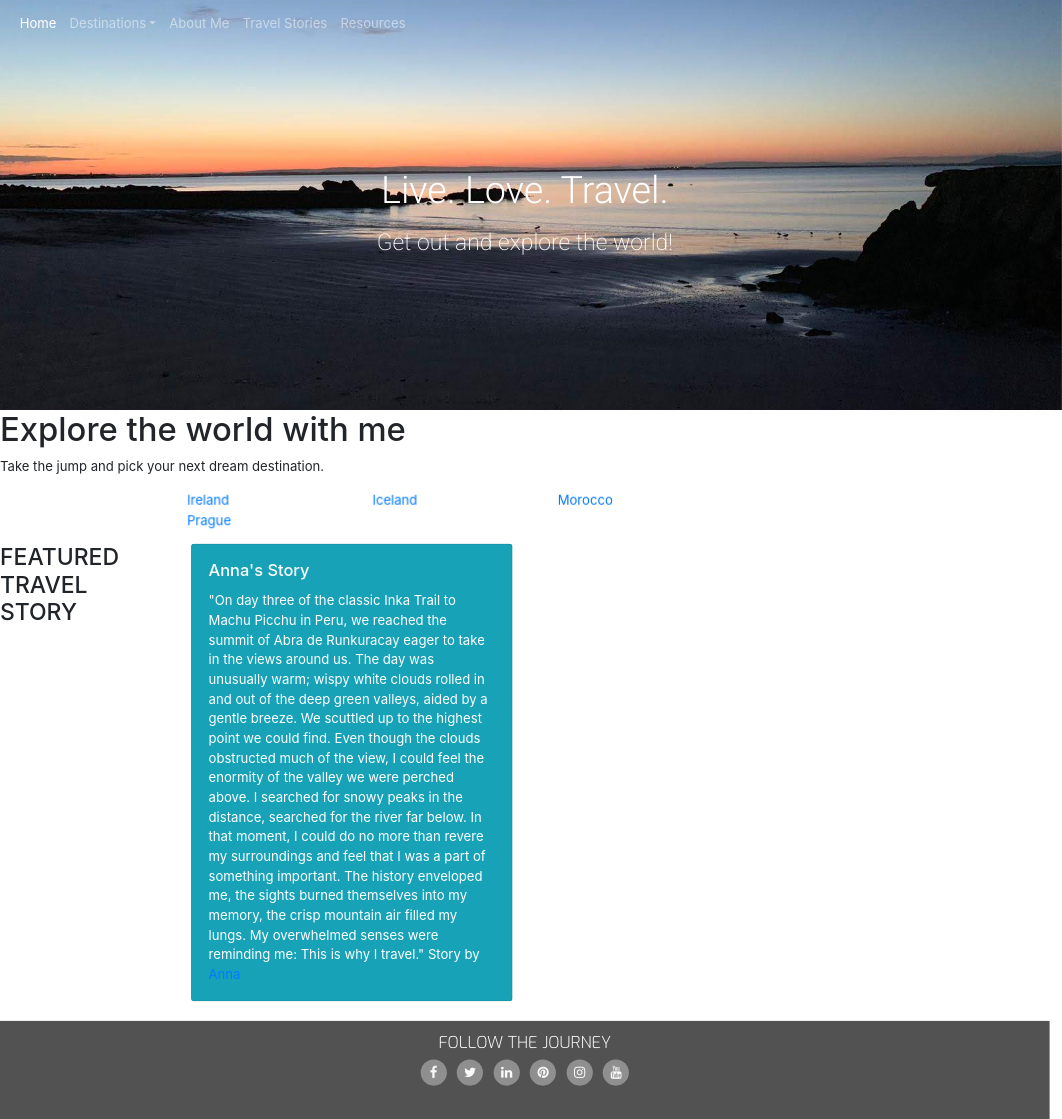
Repository: lhynes/User-Centric-Frontend-Development-Milestone-Project
Page: index.html
The author's editor kept a record of every edit. The page is drawn from the files as they stood at one moment, then again after the next edit.
The browser window is 1280 px wide. The page is 1295 px wide, so the pictures cover 1295 px, including what lies to the right of the window. The pictures show the whole page, at 82% of full size.
Some web libraries are served in a nearby version.

Above is the page before.

### index.html
<!DOCTYPE html>
<html lang="en">

<head>
    <meta charset="UTF-8">
    <meta name="viewport" content="width=device-width, initial-scale=1.0">
    <meta http-equiv="X-UA-Compatible" content="ie=edge">
    <!--access exrtenal links - bootstrap cdn - https://www.bootstrapcdn.com/-->
    <link rel="stylesheet" href="https://stackpath.bootstrapcdn.com/bootstrap/4.3.1/css/bootstrap.min.css" type="text/css" />
    <script src="https://ajax.googleapis.com/ajax/libs/jquery/3.3.1/jquery.min.js"></script>
    <script src="https://cdnjs.cloudflare.com/ajax/libs/popper.js/1.12.9/umd/popper.min.js"></script>
    <script src="https://maxcdn.bootstrapcdn.com/bootstrap/4.0.0/js/bootstrap.min.js"></script>




    <!--access exrtenal links - fontAwesome cdn - https://www.bootstrapcdn.com/-->
    <link rel="stylesheet" href="https://stackpath.bootstrapcdn.com/font-awesome/4.7.0/css/font-awesome.min.css" type="text/css" />
    <!--CdN to access hover CSS-->
    <link rel="stylesheet" href="https://cdnjs.cloudflare.com/ajax/libs/hover.css/2.3.1/css/hover-min.css" type="text/css" />
    <!-- project CSS style sheet-->
    <link rel="stylesheet" href="assets/css/style.css" type="text/css" />
    <script src="//maxcdn.bootstrapcdn.com/bootstrap/3.3.0/js/bootstrap.min.js"></script>
    <script src="//code.jquery.com/jquery-1.11.1.min.js"></script>
    <title>Live.Love.Travel.</title>
</head>

<body>
    <header>
        <!-- hero image and nagivation section-->
        <div class="row hero">
            <!--nav-->
            <div class="col-md-12">
                <!--Navbar - https://mdbootstrap.com/snippets/jquery/ascensus/145608-->
                <nav class="navbar navbar-expand-lg navbar-dark primary-color">
                    <!-- Collapse button to ensure correct for mobile view -->
                    <button class="navbar-toggler" type="button" data-toggle="collapse" data-target="#basicExampleNav" aria-controls="basicExampleNav" aria-expanded="false" aria-label="Toggle navigation">
        <span class="navbar-toggler-icon"></span>
      </button>

                    <!-- Collapsible content -->
                    <div class="collapse navbar-collapse" id="basicExampleNav">

                        <!-- Links -->
                        <ul class="navbar-nav mr-auto">
                            <li class="nav-item active">
                                <a class="nav-link" href="index.html">Home
              <span class="sr-only">(current)</span>
            </a>
                            </li>

                            <!-- Dropdown for destinations -->
                            <li class="nav-item dropdown">
                                <a class="nav-link dropdown-toggle" id="navbarDropdownMenuLink1" data-toggle="dropdown" aria-haspopup="true" aria-expanded="false">Destinations</a>
                                <div class="dropdown-menu dropdown-primary" aria-labelledby="navbarDropdownMenuLink1">
                                    <a class="dropdown-item" href="ireland.html">Ireland</a>
                                    <a class="dropdown-item" href="iceland.html">Iceland</a>
                                    <a class="dropdown-item" href="morocco.html">Morocco</a>
                                    <a class="dropdown-item" href="prague.html">Prague</a>
                                </div>
                            </li>
                            <li class="nav-item">
                                <a class="nav-link" href="aboutme.html">About Me</a>
                            </li>


                            <li class="nav-item">
                                <a class="nav-link" href="travelstories">Travel Stories</a>
                            </li>
                            <li class="nav-item">
                                <a class="nav-link" href="resources">Resources</a>
                            </li>
                        </ul>
                </nav>

                </div>
                <!-- Tagline-->
                <div class="col-md-12">
                    <div class="row no-gutters bg-color-name-title">
                        <div class="col heading">
                            <h1 class="hero-title">Live. Love. Travel.</h1>
                            <h2 class="hero-subtitle">Get out and explore the world!</h2>
                        </div>
                    </div>
                </div>

            </div>
    </header>

    <!-- Main content section -->
    <section>
        <div class="row">
            <div class="col homepageWelcomeMessage">
                <h1> Explore the world with me</h1>
                <p>Take the jump and pick your next dream destination.
                </p>
            </div>
        </div>

        <div class="row no-gutters">
            <div class="col-md-2">

            </div>
            <div class="col-md-8">
                <ul id="destinationNav" class="list-inline destinationcontainer">
                    <li class="col-6 col-sm-3 ui-destination-ireland list-inline-item menuitem">
                        <a href="ireland.html" class="hvr-sweep-to-bottom"><span>Ireland</span></a>
                    </li>

                    <li class="col-6 col-sm-3 ui-menu-destination-iceland list-inline-item menuitem">
                        <a href="iceland.html" class="hvr-sweep-to-bottom"><span>Iceland</span></a>
                    </li>

                    <li class="col-6 col-sm-3 ui-menu-destination-morocco list-inline-item menuitem">
                        <a href="morocco.html" class="hvr-sweep-to-bottom"><span>Morocco</span></a>
                    </li>
                    <li class="col-6 col-sm-3 ui-menu-destination-prague list-inline-item menuitem">
                        <a href="prague.html" target="_blank" class="hvr-sweep-to-bottom"><span>Prague</span></a>
                    </li>
                </ul>
            </div>
            <div class="col-md-2"></div>
        </div>
        <!--  <div class="row">
            <div class="col homepageWelcomeMessage">
                <h1> Featured Travel story</h1>
                <p>Take the jump and pick your next dream destination.
                </p>
            </div>
        </div>-->


        <div class="row featureTravelStorySection">
            <!--allow us to create a table structure so that our columns will remain the same height, regardless of content-->
            <!--he row-table class specifies the use of a table whereas section-column specifies the use of a table cell, which will give us evenly sized columns in terms of height.-->


            <div class="col-md-2  section-column">
                <div class="row">
                    <div class="col-12">
                        <h3 class="section-heading uppercase">
                            Featured Travel story
                        </h3>
                    </div>
                </div>


            </div>
            <div class="col-md-8  section-column">
                <div class="row">
                    <div class="col">
                        <!--<div class="card">
                            <div class="card-body"> "On day three of the classic Inka Trail to Machu Picchu in Peru, we reached the summit of Abra de Runkuracay eager to take in the views around us. The day was unusually warm; wispy white clouds rolled in and out of the deep
                                green valleys, aided by a gentle breeze. We scuttled up to the highest point we could find. Even though the clouds obstructed much of the view, I could feel the enormity of the valley we were perched above. I searched for
                                snowy peaks in the distance, searched for the river far below. In that moment, I could do no more than revere my surroundings and feel that I was a part of something important. The history enveloped me, the sights burned
                                themselves into my memory, the crisp mountain air filled my lungs. My overwhelmed senses were reminding me: This is why I travel." Story by <a href="https://hostelgeeks.com/machu-picchus-gigantic-aura-reminder-travel/"
                                    target="_blank">Anna</a> </div>
                        </div>-->
                         <div class="col-sm-6">
        <div class="card text-white bg-info mb-4">
            <div class="card-body">
                <h5 class="card-title">Anna's Story</h5>
                <p class="card-text">"On day three of the classic Inka Trail to Machu Picchu in Peru, we reached the summit of Abra de Runkuracay eager to take in the views around us. The day was unusually warm; wispy white clouds rolled in and out of the deep
                                green valleys, aided by a gentle breeze. We scuttled up to the highest point we could find. Even though the clouds obstructed much of the view, I could feel the enormity of the valley we were perched above. I searched for
                                snowy peaks in the distance, searched for the river far below. In that moment, I could do no more than revere my surroundings and feel that I was a part of something important. The history enveloped me, the sights burned
                                themselves into my memory, the crisp mountain air filled my lungs. My overwhelmed senses were reminding me: This is why I travel." Story by <a href="https://hostelgeeks.com/machu-picchus-gigantic-aura-reminder-travel/"
                                    target="_blank">Anna</a></p>
            </div>
        </div>
    </div>
                    </div>
                </div>

            </div>
        </div>





    </section>
    <!--Footer section-->
    <footer class="container-fluid">
        <!--full width flexible container-->
        <div id="footer-details" class="row">
            <div class="col-sm-12">
                <h5 class="uppercase general-sub">Follow the Journey</h5>
                <ul class="list-inline social-links">
                    <li class="list-inline-item">
                        <!-- every list-inline in boostrap needs a list-inline item-->
                        <a target="_blank" href="">
                            <i class="fa fa-facebook" aria-hidden="true"></i>
                            <span class="sr-only">Facebook</span>
                        </a>
                    </li>
                    <li class="list-inline-item">
                        <a target="_blank" href="#">
                            <i class="fa fa-twitter" aria-hidden="true"></i>
                            <span class="sr-only">Twitter</span>
                        </a>
                    </li>
                    <li class="list-inline-item">
                        <a target="_blank" href="#">
                            <i class="fa fa-linkedin" aria-hidden="true"></i>
                            <span class="sr-only">LinkedIn</span>
                        </a>
                    </li>
                    <li class="list-inline-item">
                        <a target="_blank" href="#">
                            <i class="fa fa-pinterest" aria-hidden="true"></i>
                            <span class="sr-only">Pinterest</span>
                        </a>
                    </li>
                    <li class="list-inline-item">
                        <a target="_blank" href="#">
                            <i class="fa fa-instagram" aria-hidden="true"></i>
                            <span class="sr-only">Instagram</span>
                        </a>
                    </li>
                    <li class="list-inline-item">
                        <a target="_blank" href="#">
                            <i class="fa fa-youtube" aria-hidden="true"></i>
                            <span class="sr-only">YouTube</span>
                        </a>
                    </li>
                </ul>
            </div>

        </div>

    </footer>


</body>

</html>

### assets/css/style.css
@import url('https://fonts.googleapis.com/css?family=Roboto:100,200,300,400,500,600,700|Exo:100,200,300,400,500,600,700');

/*-----------------------------------Colours */

.bg-color-hero {
    background-color: red;
    color: #ffffff;
}

/*-----------------------------------Special paddings/margins/text - General CSS area used more than once through out the site */

.uppercase {
    text-transform: uppercase;
}

.general-sub {
    font-family: "Exo", sans-serif;
    font-weight: 300;
    color: #fafafa;

}


/*-----------------------------------Heading */

.hero {
    background: url("../images/morning.jpg");
    text-align: center;
    background-position: center;
    background-repeat: no-repeat;
    background-size: cover;
    min-height: 500px;
    transition: all .5s ease-in-out;
    -moz-transition: all .5s ease-in-out;
    -webkit-transition: all .5s ease-in-out;

}

.hero-title {
    font-family: "Roboto", sans-seriif;
    font-weight: 300;
    font-size: 46px;
    margin-top: 50px;
    color: #ffffff;
}

.hero-subtitle {
    font-family: "Roboto", sans-seriif;
    font-weight: 200;
    font-size: 28px;
    margin-top: 20px;
    margin-bottom: 90px;
    color: #ffffff;
}


/*-----------------------------------Hover.css */

/*-----------------------------------Home */

/*-----------------------------------About Me*/

/*-----------------------------------Destinations*/

/*-----------------------------------Travel Stories*/

/*-----------------------------------Resources*/

/*-----------------------------------Footer styles */

footer {
    background-color: #525252;
    color: #fafafa;
    min-height: 120px;
    margin: 0;
    text-align: center;
    padding-top: 15px;
}


.social-links {
    padding-bottom: 15px;

}

.social-links li a i {
    width: 32px;
    height: 32px;
    padding: 12px 0;
    border-radius: 50%;
    line-height: 7px;
    text-align: center;
    color: #fafafa;
    background: #8f8f8f;
    -moz-transition: all 0.35s ease-in-out;
    -webkit-transition: all 0.35s ease-in-out;
    -o-transition: all 0.35s ease-in-out;
}

.social-links li a i:hover {
    background-color: blue;
}



/*-----------------------------------Media Queries*/

After the next edit:
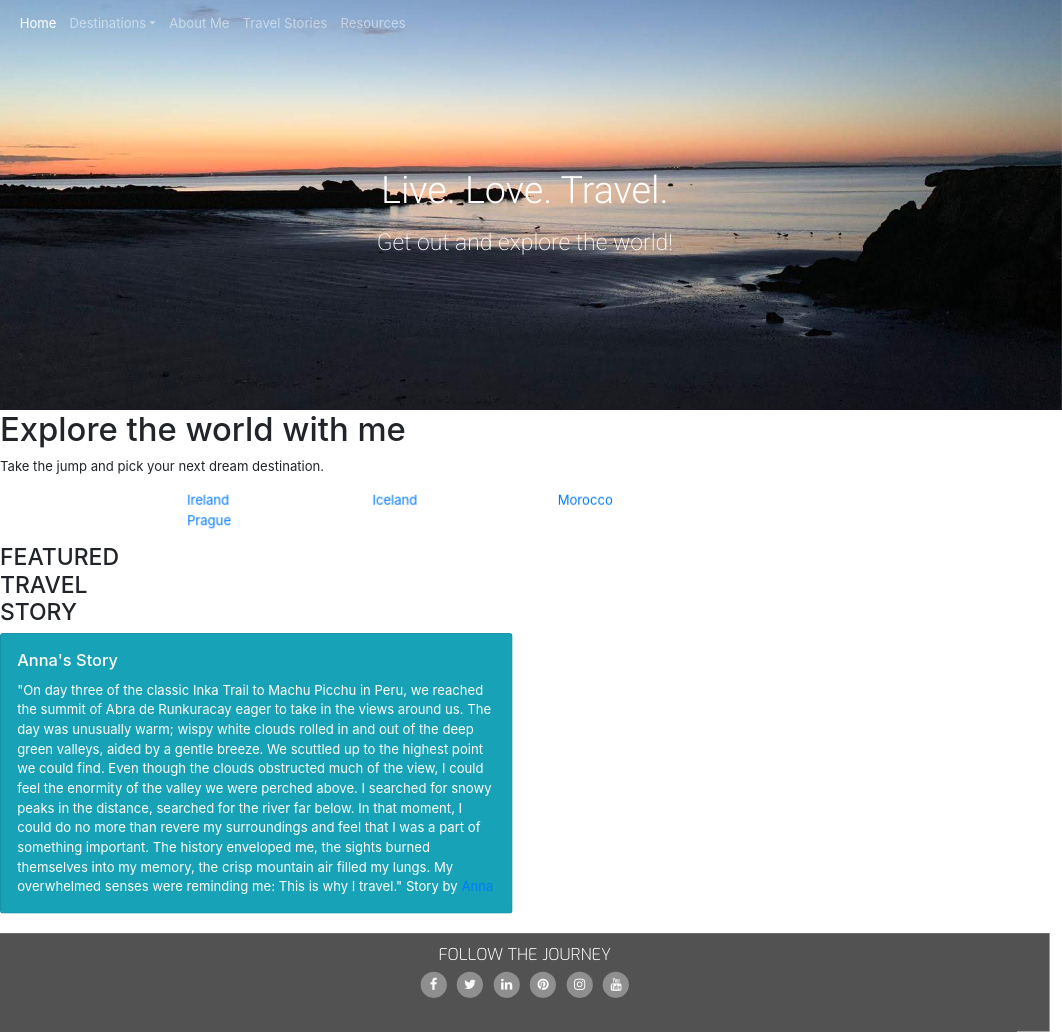
The edit:
--- a/index.html
+++ b/index.html
@@ -156,7 +156,12 @@
                                 themselves into my memory, the crisp mountain air filled my lungs. My overwhelmed senses were reminding me: This is why I travel." Story by <a href="https://hostelgeeks.com/machu-picchus-gigantic-aura-reminder-travel/"
                                     target="_blank">Anna</a> </div>
                         </div>-->
-                         <div class="col-sm-6">
+
+                    </div>
+                </div>
+
+            </div>
+                        <div class="col-sm-6">
         <div class="card text-white bg-info mb-4">
             <div class="card-body">
                 <h5 class="card-title">Anna's Story</h5>
@@ -168,10 +173,6 @@
             </div>
         </div>
     </div>
-                    </div>
-                </div>
-
-            </div>
         </div>
 
 
